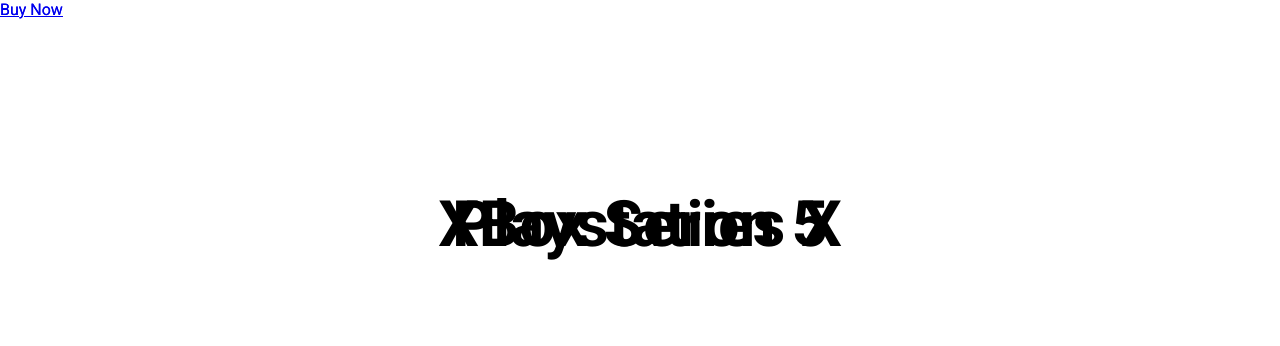
Repository: MMXiaohang/50projects50days-copy
Page: 7-split-landing-page/1-index.html
An editor plug-in stored every save of this project. The page is shown before and after the next save, followed by the edit.
The browser window is 1280 px wide. The pictures show the whole page.

Above is the page before, as saved 2022-06-25 14:21:00.

### 7-split-landing-page/1-index.html
<!DOCTYPE html>
<html lang="en">
<head>
    <meta charset="UTF-8">
    <meta http-equiv="X-UA-Compatible" content="IE=edge">
    <meta name="viewport" content="width=device-width, initial-scale=1.0">
    <link rel="stylesheet" href="1-style.css">
    <title>Split Landing Page</title>
</head>
<body>
    <div class="container">
        <div class="split left">
            <h1>Playstation 5</h1>
            <a href="#" class="btn">Buy Now</a>
        </div>
        <div class="split right">
            <h1>XBox Series X</h1>
            <a href="#" class="btn">Buy Now</a>
        </div>
    </div>

    <script src="1-script.js"></script>
</body>
</html>

### 7-split-landing-page/1-style.css
@import url('https://fonts.googleapis.com/css2?family=Roboto:wght@400;700&display=swap');

:root {
    --left-bg-color: rgba(87, 84, 236, 0.7);
    --right-bg-color: rgba(43, 43, 43, 0.8);
    --left-btn-hover-color: rgba(87, 84, 236, 1);
    --right-btn-hover-color: rgba(28, 122, 28, 1);
    --hover-width: 75%;
    --other-width: 25%;
    --speed: 1000ms;
}

*{
    box-sizing: border-box;
}

body{
    font-family: 'Roboto', sans-serif;
    height: 100vh;
    overflow: hidden;
    margin: 0;
}

h1 {
    font-size: 4rem;
    /* color: #fff; */
    position: absolute;
    left: 50%;
    top: 20%;
    transform: translateX(-50%);
    white-space: nowrap;
}

.btn{
    position: absolute;
}

Loaded but not shown: 7-split-landing-page/1-script.js (no stored copy; drawn as an empty file)

After the next save:
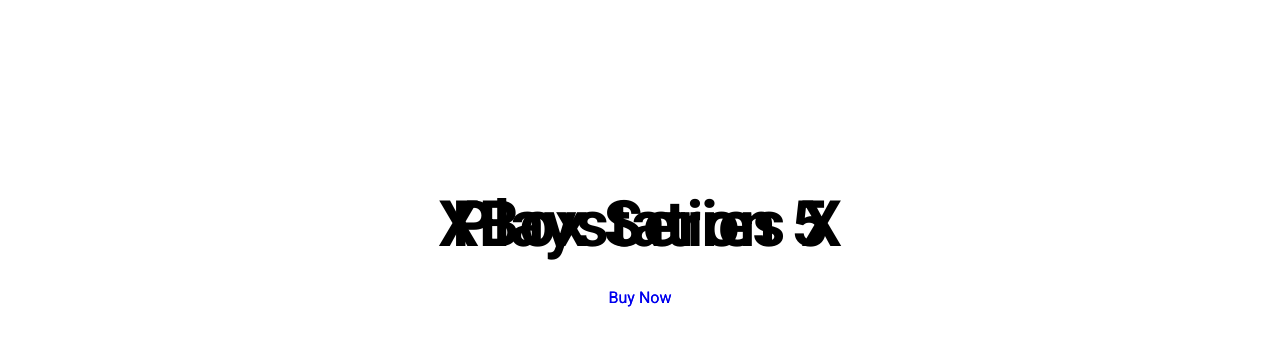
Saved 68 s later.
--- a/7-split-landing-page/1-style.css
+++ b/7-split-landing-page/1-style.css
@@ -33,4 +33,11 @@
 
 .btn{
     position: absolute;
+    display: flex;
+    justify-content: center;
+    align-items: center;
+    left: 50%;
+    top: 40%;
+    transform: translateX(-50%);
+    text-decoration: none;
 }
